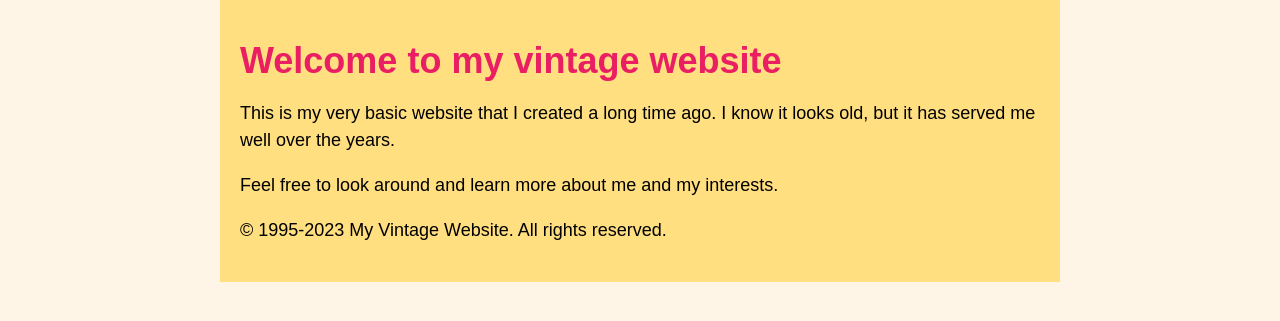
Repository: RennarDeer/RenDev
Page: index.html
An editor plug-in stored every save of this project. The page is shown before and after the next save, followed by the edit.
The browser window is 1280 px wide. The pictures show the whole page.

Above is the page before, as saved 2023-02-14 19:26:00.

### index.html
<!DOCTYPE html>
<html>
<head>
	<title>My Vintage Website</title>
	<link rel="stylesheet" type="text/css" href="style.css">
</head>
<body>
	<div id="container">
		<div id="content">
			<h1>Welcome to my vintage website</h1>
			<p>This is my very basic website that I created a long time ago. I know it looks old, but it has served me well over the years.</p>
			<p>Feel free to look around and learn more about me and my interests.</p>
		</div>

		<footer>
			<p>&copy; 1995-2023 My Vintage Website. All rights reserved.</p>
		</footer>
	</div>
</body>
</html>

### style.css
body {
	background-color: #fef5e7;
	font-family: Arial, sans-serif;
	margin: 0;
	padding: 0;
}

#container {
	margin: 0 auto;
	max-width: 800px;
	padding: 20px;
	background-color: #ffdf80;
}

#content {
	margin-top: 20px;
}

h1 {
	font-size: 36px;
	color: #e91e63;
	margin: 0;
}

p {
	font-size: 18px;
	line-height: 1.5;
}

.image-gallery {
	display: flex;
	flex-wrap: wrap;
	justify-content: center;
	margin-top: 20px;
}

.image-gallery img {
	margin: 10px;
	max-width: 300px;
	height: auto;
	border: 2px solid #e91e63;
}

After the next save:
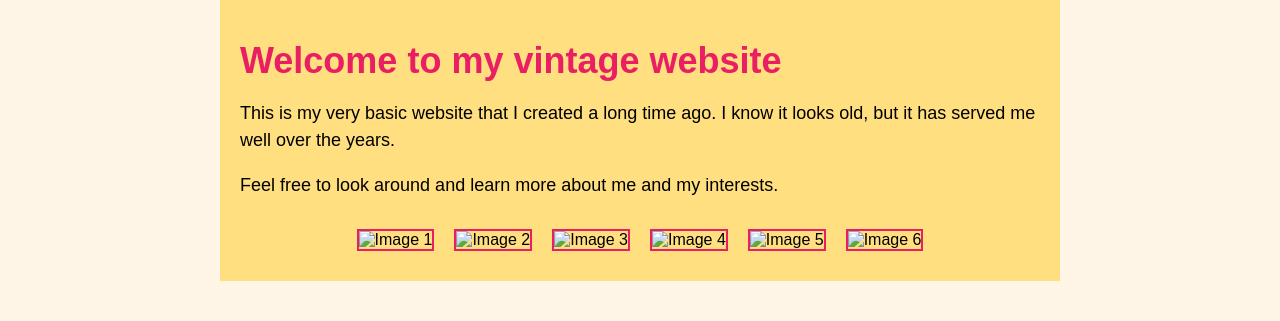
Not found: placeholder-image.jpg
Saved 15 s later.
--- a/index.html
+++ b/index.html
@@ -10,11 +10,15 @@
 			<h1>Welcome to my vintage website</h1>
 			<p>This is my very basic website that I created a long time ago. I know it looks old, but it has served me well over the years.</p>
 			<p>Feel free to look around and learn more about me and my interests.</p>
+			<div class="image-gallery">
+				<img src="placeholder-image.jpg" alt="Image 1">
+				<img src="placeholder-image.jpg" alt="Image 2">
+				<img src="placeholder-image.jpg" alt="Image 3">
+				<img src="placeholder-image.jpg" alt="Image 4">
+				<img src="placeholder-image.jpg" alt="Image 5">
+				<img src="placeholder-image.jpg" alt="Image 6">
+			</div>
 		</div>
-
-		<footer>
-			<p>&copy; 1995-2023 My Vintage Website. All rights reserved.</p>
-		</footer>
 	</div>
 </body>
 </html>
